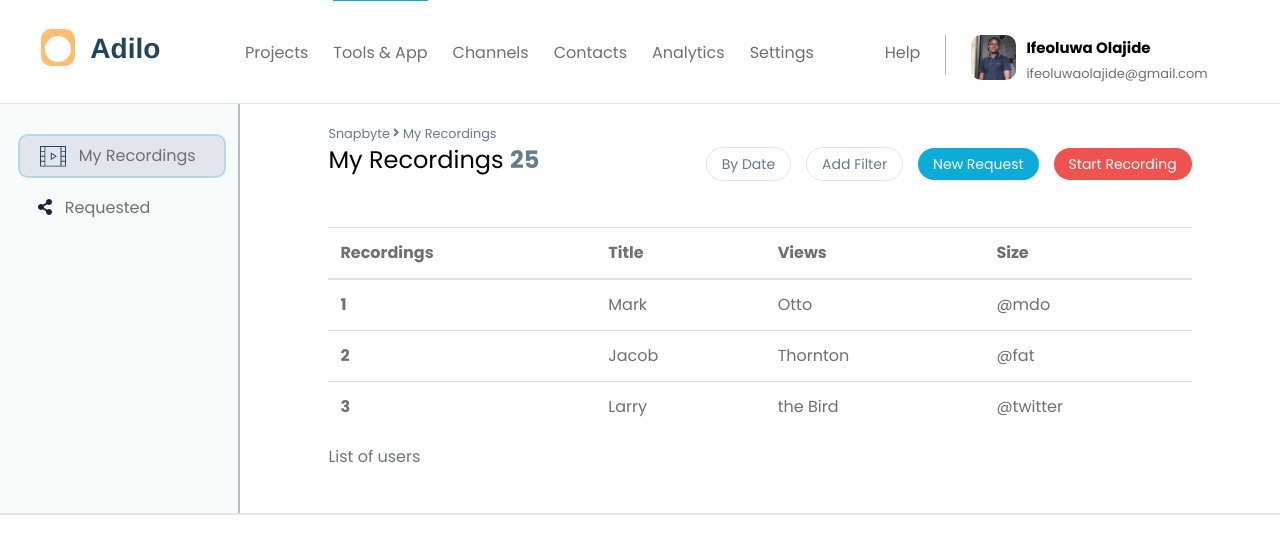
Repository: olhighjay/video_recorder
Page: /
An editor plug-in stored every save of this project. The page is shown before and after the next save, followed by the edit.
The browser window is 1280 px wide. The pictures show the whole page.
Some web libraries are served in a nearby version. The project was rebuilt for these pictures with package versions that can differ from the ones it lists, and the page was loaded fresh each time. Also part of the build but not shown: vue.config.js.

Above is the page before, as saved 2022-07-29 05:59:34.

After the next save:
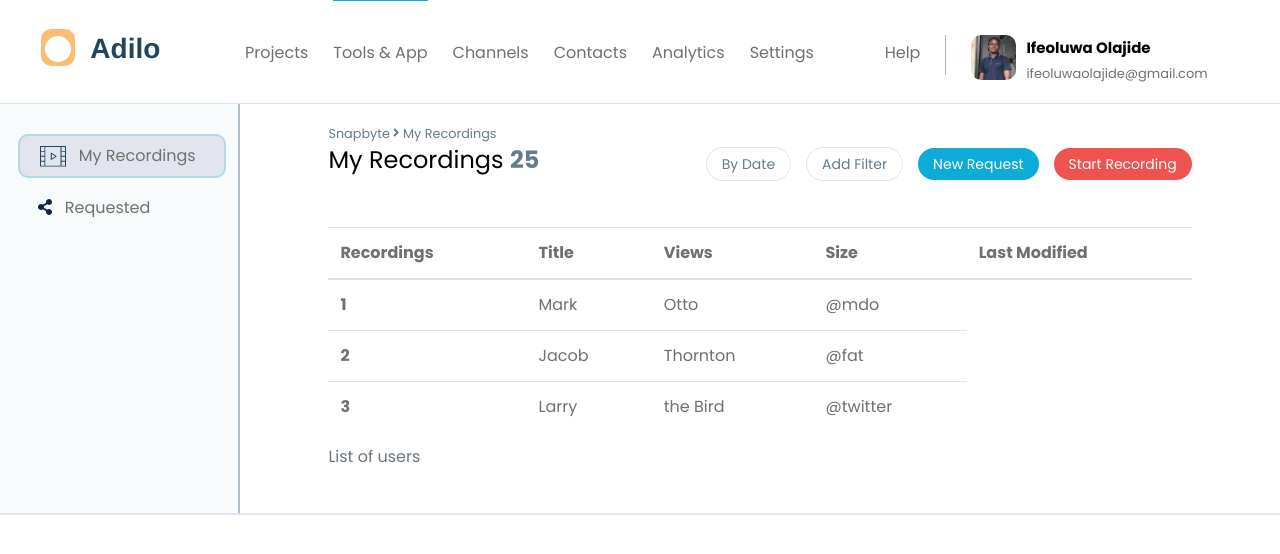
Saved 14 s later.
--- a/src/App.vue
+++ b/src/App.vue
@@ -49,6 +49,7 @@
       <th scope="col">Title</th>
       <th scope="col">Views</th>
       <th scope="col">Size</th>
+      <th scope="col">Last Modified</th>
     </tr>
   </thead>
   <tbody>
